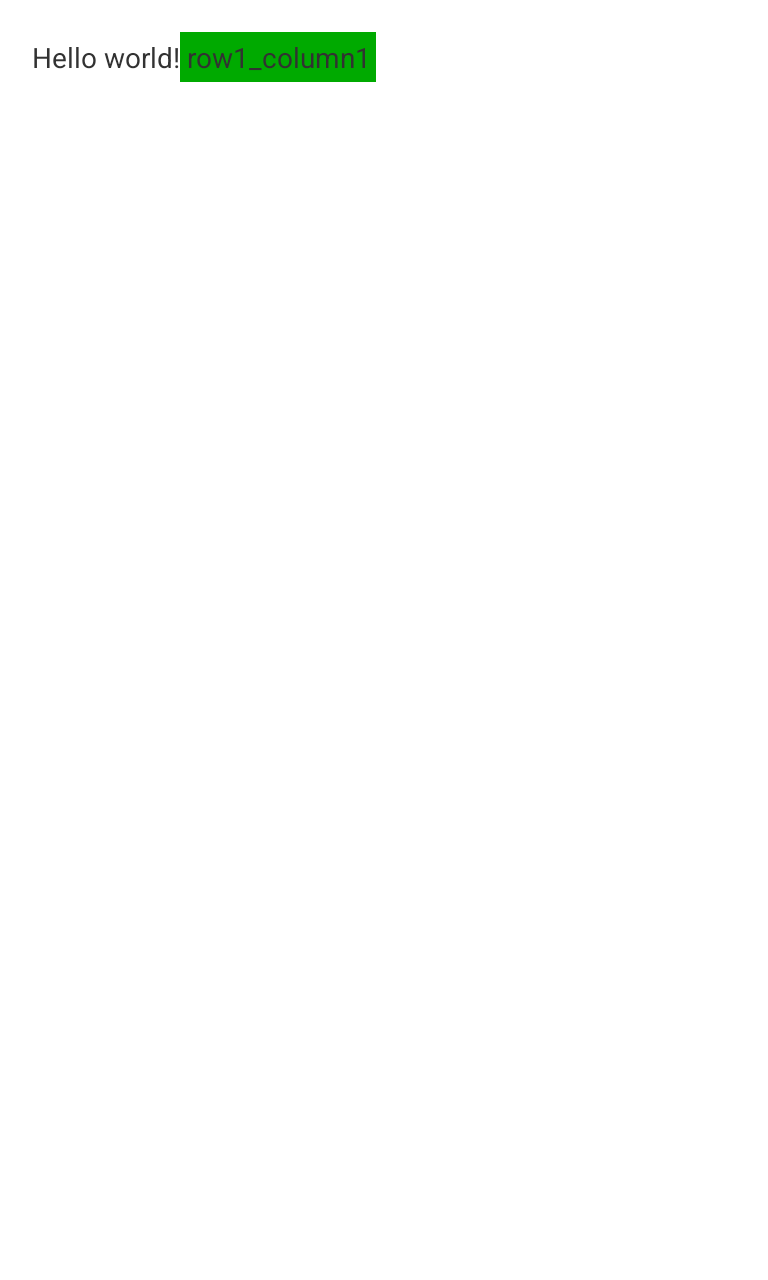
Repository: HouJun11220033/Android
Layout: Layout_02/res/layout/main.xml
The author's editor kept a copy of each file at every save. The layout is drawn from the files as they stood at one save, then again after the next save.
It is drawn on a 768 x 1280 px phone screen (xhdpi) without system bars, with theme AppTheme; the app's code is not run.

Above is the layout before, as saved 2016-09-15 13:13:49.

After the next save:
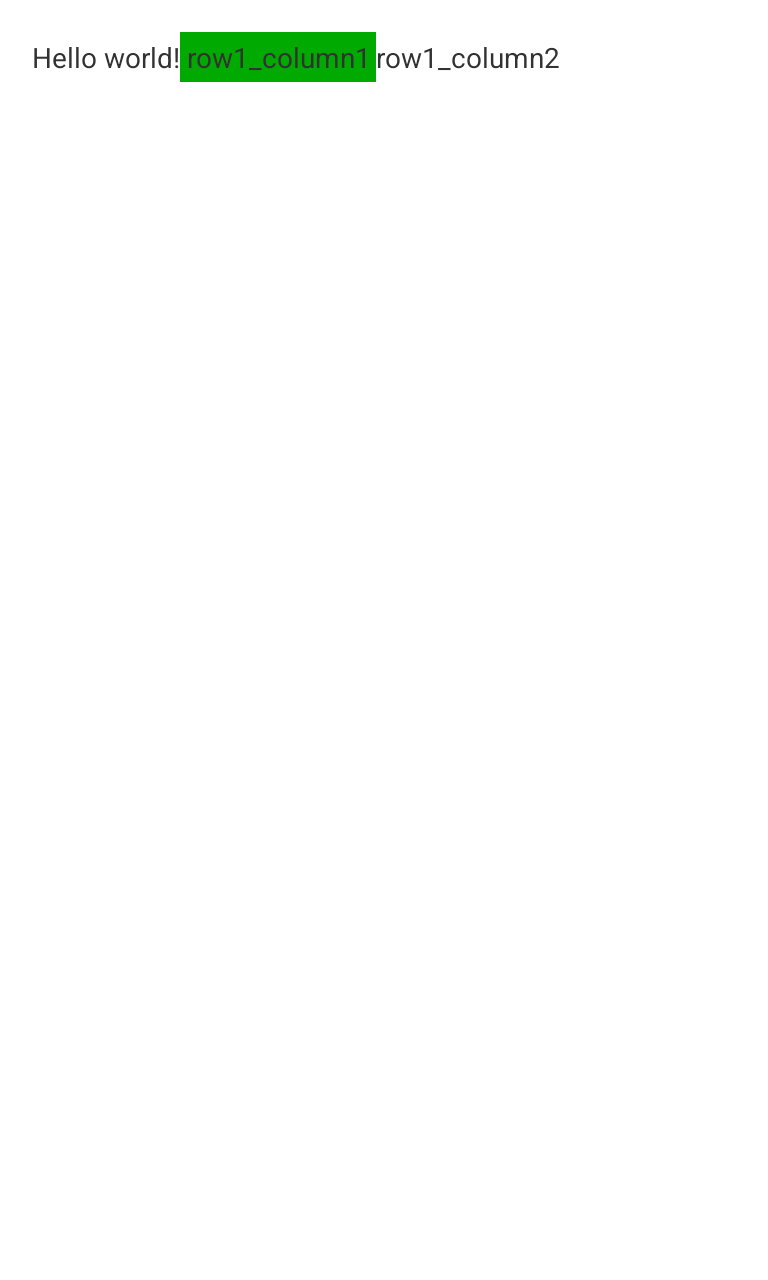
Saved 87 s later.
--- a/Layout_02/res/layout/main.xml
+++ b/Layout_02/res/layout/main.xml
@@ -21,9 +21,13 @@
             android:padding="3dip"
             android:text="@string/row1_column1" />
 
-        <TextView android:="" />
+        <TextView android:text="@string/row1_column2" />
 
-        <TextView android:text="" />
+
+    </TableRow>
+    <TableRow >
+
+
     </TableRow>
 
 </TableLayout>
